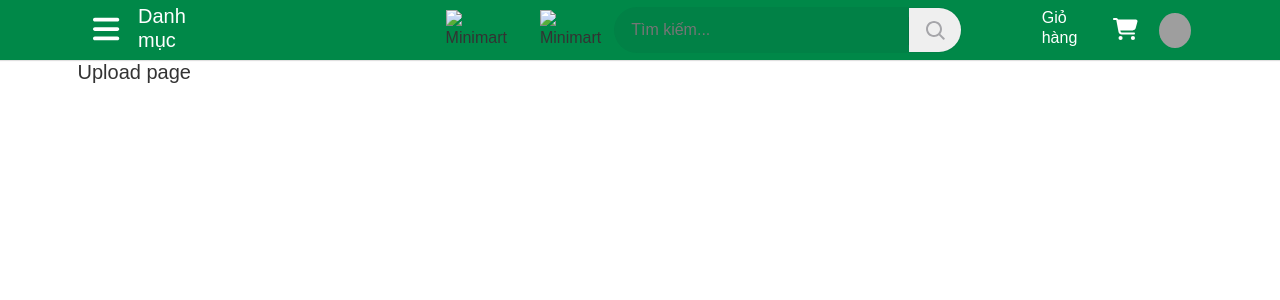
Repository: Duytan05/tiktok-ui
Page: /upload
An editor plug-in stored every save of this project. The page is shown before and after the next save, followed by the edit.
The browser window is 1280 px wide. The pictures show the whole page.
Pictures or frames that could not be fetched are drawn as grey boxes. Some web fonts or font styles are not loaded; a fallback is used. The project was rebuilt for these pictures with package versions that can differ from the ones it lists, and the page was loaded fresh each time. Also part of the build but not shown: src/component/Button/Button.module.scss, src/component/Popper/Popper.module.scss, src/component/Popper/Menu/Menu.module.scss, src/component/Popper/Menu/Header.js, src/component/AccountItem/AccountItem.module.scss, src/component/AccountItem/index.js, src/component/Layout/components/Cart/CartItem.js, src/component/Layout/components/Container/Container.module.scss and 16 more.

Above is the page before, as saved 2023-05-23 14:17:05.

### public/index.html
<!DOCTYPE html>

<html lang="en">
    <head>
        <link rel="stylesheet" href="https://cdn.jsdelivr.net/npm/bootstrap@5.3.0-alpha1/dist/css/bootstrap.min.css" />
        <meta charset="utf-8" />
        <link rel="icon" href="%PUBLIC_URL%/favicon.ico" />
        <meta name="viewport" content="width=device-width, initial-scale=1" />
        <meta name="theme-color" content="#000000" />
        <meta name="description" content="Web site created using create-react-app" />
        <link rel="apple-touch-icon" href="%PUBLIC_URL%/logo192.png" />

        <!--
      manifest.json provides metadata used when your web app is installed on a
      user's mobile device or desktop. See https://developers.google.com/web/fundamentals/web-app-manifest/
    -->
        <link rel="manifest" href="%PUBLIC_URL%/manifest.json" />

        <!--
      Notice the use of %PUBLIC_URL% in the tags above.
      It will be replaced with the URL of the `public` folder during the build.
      Only files inside the `public` folder can be referenced from the HTML.

      Unlike "/favicon.ico" or "favicon.ico", "%PUBLIC_URL%/favicon.ico" will
      work correctly both with client-side routing and a non-root public URL.
      Learn how to configure a non-root public URL by running `npm run build`.
    -->
        <title>React App</title>
    </head>

    <body>
        <script
            src="https://cdn.jsdelivr.net/npm/bootstrap@5.3.0-alpha1/dist/js/bootstrap.bundle.min.js"
            integrity="sha384-w76AqPfDkMBDXo30jS1Sgez6pr3x5MlQ1ZAGC+nuZB+EYdgRZgiwxhTBTkF7CXvN"
            crossorigin="anonymous"
        ></script>
        <noscript>You need to enable JavaScript to run this app.</noscript>
        <div id="root"></div>
        <!--
      This HTML file is a template.
      If you open it directly in the browser, you will see an empty page.

      You can add webfonts, meta tags, or analytics to this file.
      The build step will place the bundled scripts into the <body> tag.

      To begin the development, run `npm start` or `yarn start`.
      To create a production bundle, use `npm run build` or `yarn build`.
    --></body>
</html>

### src/index.js
import React from 'react';

import ReactDOM from 'react-dom/client';
import App from '~/App';
import reportWebVitals from './reportWebVitals';
import GlobalStyle from '~/component/GlobalStyles';
const root = ReactDOM.createRoot(document.getElementById('root'));
root.render(
    <React.StrictMode>
        <GlobalStyle>
            <App />
        </GlobalStyle>
    </React.StrictMode>,
);

// If you want to start measuring performance in your app, pass a function
// to log results (for example: reportWebVitals(console.log))
// or send to an analytics endpoint. Learn more: https://bit.ly/CRA-vitals
reportWebVitals();

### src/App.js
import { Fragment } from 'react';
import { BrowserRouter as Router, Routes, Route } from 'react-router-dom';
import { publicRoutes } from '~/routers';
import { DefaultLayout } from './component/Layout';
import '../node_modules/bootstrap/dist/css/bootstrap.min.css';
import { CartProvider } from 'react-use-cart';
function App() {
    return (
        <CartProvider>
            <Router>
                <div className="App">
                    <Routes>
                        {publicRoutes.map((route, index) => {
                            const Page = route.component;
                            let Layout = DefaultLayout;
                            if (route.layout) {
                                Layout = route.layout;
                            } else if (route.layout === null) {
                                Layout = Fragment;
                            }
                            return (
                                <Route
                                    key={index}
                                    path={route.path}
                                    element={
                                        <Layout>
                                            <Page />
                                        </Layout>
                                    }
                                />
                            );
                        })}
                    </Routes>
                </div>
            </Router>
        </CartProvider>
    );
}
export default App;

### src/component/GlobalStyles/index.js
import './GlobalStyles.scss';
function GlobalStyle({ children }) {
    return children;
}
export default GlobalStyle;

### src/routers/index.js
//layouts
import { HeaderOnly } from '~/component/Layout';

//pages
import Home from '~/pages/Home';
import Following from '~/pages/Following';
import Profile from '~/pages/Profile';
import Upload from '~/pages/Upload';
import Search from '~/pages/Search';
import Cart from '~/pages/Cart/Cart';

//Public routes
const publicRoutes = [
    { path: '/', component: Home },
    { path: '/folowing', component: Following },
    { path: '/@:nickname', component: Profile },
    { path: '/cart', component: Cart },
    { path: '/upload', component: Upload, layout: HeaderOnly },
    { path: '/search', component: Search, layout: null },
];

const priviteRoutes = [];

export { priviteRoutes, publicRoutes };

### src/component/GlobalStyles/GlobalStyles.scss
@import 'normalize.css';

:root {
    --primary: #fe2c55;
    --black: #000;
    --text-color: #333;
    --white: #fff;
    //Default layout
    --default-layout-header-height: 60px;
    --default-layout-width: 1150px;
    --default-layout-horizontal-spacer: 24px;
}
* {
    margin: 0;
    padding: 0;
    box-sizing: border-box;
}
html {
    font-size: 62.5%;
}
body {
    font-family: 'ProximaNova', sans-serif;
    font-size: 1.6rem;
    line-height: 1.5;
    text-rendering: optimizeSpeed;
    color: var(--text-color);
}
button,
input,
[tabindex] {
    outline: none;
    border: none;
}
a[href] {
    color: var(--text-color);
    text-decoration: none;
}
//Fonst embeded
@font-face {
    font-family: ProximaNova;
    src: url('/assets/fonts/Proxima-Nova-Regular.woff2');
    font-weight: 400;
}
@font-face {
    font-family: ProximaNova;
    src: url('/assets/fonts/Proxima-Nova-Semibold.woff2');
    font-weight: 600;
}
@font-face {
    font-family: ProximaNova;
    src: url('/assets/fonts/Proxima-Nova-Bold.woff');
    font-weight: 700;
}
@font-face {
    font-family: SofiaPro;
    src: url('/assets/fonts/sofiapro-bold.woff2');
    font-weight: 700;
}

//custom tippy tooltip
body {
    .tippy-box {
        border-radius: 8px;
        font-weight: 600;
        font-size: 1.6rem;
        line-height: 2.2rem;
        background-color: rgba(84, 84, 84, 0.92);
    }
    .tippy-content {
        padding: 8px 9px;
    }
    .tippy-arrow {
        color: rgba(84, 84, 84, 0.92);
    }
    .tippy-box[data-placement^='bottom'] > .tippy-arrow:before {
        top: -8px;
    }
}

### src/pages/Upload/index.js
function Upload() {
    return <h2>Upload page </h2>;
}
export default Upload;

### src/component/Layout/HeaderOnly/index.js
import Header from '~/component/Layout/components/Header';

function HeaderOnly({ children }) {
    return (
        <div>
            <Header />
            <div className="container">
                <div className="content">{children}</div>
            </div>
        </div>
    );
}

export default HeaderOnly;

### src/component/Button/index.js
import classNames from 'classnames/bind';
import { Link } from 'react-router-dom';
import styles from './Button.module.scss';

const cx = classNames.bind(styles);

function Button({
    to,
    href,
    primary = false,
    outline = false,
    text = false,
    disabled,
    rounded = false,
    small = false,
    large = false,
    children,
    className,
    leftIcon,
    rightIcon,
    onClick,
    ...passProps
}) {
    let Comp = 'button';

    const props = {
        onClick,
        ...passProps,
    };
    //remove event listener when btn is disabled
    if (disabled) {
        Object.keys(props).forEach((key) => {
            if (key.startsWith('on') && typeof props[key] === 'function') {
                delete props[key];
            }
        });
    }
    if (to) {
        props.to = to;
        Comp = Link;
    } else if (href) {
        props.href = href;
        Comp = 'a';
    }
    const classes = cx('wrapper', {
        [className]: className,
        primary,
        outline,
        text,
        rounded,
        small,
        disabled,
        large,
    });
    return (
        <Comp className={classes} {...props}>
            {leftIcon && <span className={cx('icon')}>{leftIcon}</span>}
            <span className={cx('title')}>{children}</span>
            {rightIcon && <span className={cx('icon')}>{rightIcon}</span>}
        </Comp>
    );
}

export default Button;

### src/component/Layout/components/Header/Header.module.scss
.wrapper {
    --search-border-radius: 92px;
    --search-height: 46px;
    --search-top-spacer: 9px;
    --search-buttom-width: 52px;
    width: 100%;
    height: var(--default-layout-header-height, 60px);
    box-shadow: 0px 1px 1px rgb(0 0 0/ 12%);
    display: flex;
    justify-content: center;
    background-color: #008848;
}

.inner {
    height: 100%;
    width: var(--default-layout-width);
    padding: 0 var(--default-layout-horizontal-spacer);
    display: flex;
    align-items: center;
    justify-content: space-between;
}

.custom-login {
    color: red;
}
//actions
.actions {
    display: flex;
    align-items: center;
}
.more-btn {
    font-size: 2rem;
    margin-left: 28px;
    padding: 4px 8px;
    background-color: transparent;
    cursor: pointer;
}
.action-btn {
    font-size: 2.2rem;
    color: white;
    background-color: transparent;
    padding: 4px 12px;
    cursor: pointer;
}
.user-avatar {
    width: 35px;
    height: 35px;
    object-fit: cover;
    border-radius: 50%;
    margin-left: 10px;
    cursor: pointer;
}
.category {
    width: 45px;
    height: 45px;
    font-size: 30px;
    align-items: center;
    color: white;
    margin-left: 4px;
    cursor: pointer;
}
.font {
    margin-right: 40px;
    font-size: 16px;
    color: white;
}
.logo {
    margin-left: 180px;
    // margin-right: 60px;
}
.map {
    margin-left: 20px;
}
.cart {
    font-size: 16px;
    color: white;
    background-color: transparent;
    margin-left: 80px;
}

### src/assets/images/index.js
const images = {
    logo: require('~/assets/images/logo.webp').default,
    noImage: require('~/assets/images/no-image.png'),
};

export default images;

### src/component/Popper/Menu/index.js
import classNames from 'classnames/bind';
import Tippy from '@tippyjs/react/headless';

import { Wrapper as PopperWrapper } from '~/component/Popper';
import styles from './Menu.module.scss';
// import Header from './Header';
import MenuItem from './MenuItem';
import { useState } from 'react';
import Header from './Header';

const cx = classNames.bind(styles);

const defaultfn = () => {};

function Menu({ children, items = [], onChange = defaultfn }) {
    const [history, setHistory] = useState([{ data: items }]);
    const current = history[history.length - 1];

    const renderItems = () => {
        return current.data.map((item, index) => {
            const isParent = !!item.children;
            return (
                <MenuItem
                    key={index}
                    data={item}
                    onClick={() => {
                        if (isParent) {
                            setHistory((prev) => [...prev, item.children]);
                        } else {
                            onChange(item);
                        }
                    }}
                />
            );
        });
    };
    return (
        <Tippy
            interactive
            placement="bottom-start"
            delay={[0, 5000]}
            offset={[0, 0]}
            render={(attrs) => (
                <div className={cx('menu-list')} tabIndex="-1" {...attrs}>
                    <PopperWrapper className={cx('menu-popper')}>
                        {history.length > 1 && (
                            <Header
                                title="Types"
                                onBack={() => {
                                    setHistory((prev) => prev.slice(0, prev.length - 1));
                                }}
                            />
                        )}

                        {renderItems()}
                    </PopperWrapper>
                </div>
            )}
            // set lại giá trị như ban đầu
            onHide={() => setHistory((prev) => prev.slice(0, 1))}
        >
            {children}
        </Tippy>
    );
}

export default Menu;

### src/component/icons/index.js
export const MessengerIcon = (className, width = '2.8rem', height = '2.8rem') => (
    <svg
        class={className}
        width={width}
        data-e2e=""
        height={height}
        viewBox="0 0 48 48"
        fill="currentColor"
        xmlns="http://www.w3.org/2000/svg"
    >
        <path
            fill-rule="evenodd"
            clip-rule="evenodd"
            d="M2.17877 7.17357C2.50304 6.45894 3.21528 6 4.00003 6H44C44.713 6 45.372 6.37952 45.7299 6.99615C46.0877 7.61278 46.0902 8.37327 45.7365 8.99228L25.7365 43.9923C25.3423 44.6821 24.5772 45.0732 23.7872 44.9886C22.9972 44.9041 22.3321 44.3599 22.0929 43.6023L16.219 25.0017L2.49488 9.31701C1.97811 8.72642 1.85449 7.88819 2.17877 7.17357ZM20.377 24.8856L24.531 38.0397L40.5537 10H8.40757L18.3918 21.4106L30.1002 14.2054C30.5705 13.9159 31.1865 14.0626 31.4759 14.533L32.5241 16.2363C32.8136 16.7066 32.6669 17.3226 32.1966 17.612L20.377 24.8856Z"
        ></path>
    </svg>
);

export const InboxIcon = (className, width = '3.2rem', height = '3.2rem') => (
    <svg
        class={className}
        width={width}
        data-e2e=""
        height={height}
        viewBox="0 0 32 32"
        fill="currentColor"
        xmlns="http://www.w3.org/2000/svg"
    >
        <path
            fill-rule="evenodd"
            clip-rule="evenodd"
            d="M24.0362 21.3333H18.5243L15.9983 24.4208L13.4721 21.3333H7.96047L7.99557 8H24.0009L24.0362 21.3333ZM24.3705 23.3333H19.4721L17.2883 26.0026C16.6215 26.8176 15.3753 26.8176 14.7084 26.0026L12.5243 23.3333H7.62626C6.70407 23.3333 5.95717 22.5845 5.9596 21.6623L5.99646 7.66228C5.99887 6.74352 6.74435 6 7.66312 6H24.3333C25.2521 6 25.9975 6.7435 26 7.66224L26.0371 21.6622C26.0396 22.5844 25.2927 23.3333 24.3705 23.3333ZM12.6647 14C12.2965 14 11.998 14.2985 11.998 14.6667V15.3333C11.998 15.7015 12.2965 16 12.6647 16H19.3313C19.6995 16 19.998 15.7015 19.998 15.3333V14.6667C19.998 14.2985 19.6995 14 19.3313 14H12.6647Z"
        ></path>
    </svg>
);
export const SearchIcon = (className, width = '2.4rem', height = '2.4rem') => (
    <svg
        className={className}
        width={width}
        data-e2e=""
        height={height}
        viewBox="0 0 48 48"
        fill="currentColor"
        xmlns="http://www.w3.org/2000/svg"
    >
        <path
            fill-rule="evenodd"
            clip-rule="evenodd"
            d="M22 10C15.3726 10 10 15.3726 10 22C10 28.6274 15.3726 34 22 34C28.6274 34 34 28.6274 34 22C34 15.3726 28.6274 10 22 10ZM6 22C6 13.1634 13.1634 6 22 6C30.8366 6 38 13.1634 38 22C38 25.6974 36.7458 29.1019 34.6397 31.8113L43.3809 40.5565C43.7712 40.947 43.7712 41.5801 43.3807 41.9705L41.9665 43.3847C41.5759 43.7753 40.9426 43.7752 40.5521 43.3846L31.8113 34.6397C29.1019 36.7458 25.6974 38 22 38C13.1634 38 6 30.8366 6 22Z"
        ></path>
    </svg>
);

### src/component/Images/index.js
import classNames from 'classnames';
import { forwardRef, useState } from 'react';
import images from '~/assets/images';
import Styles from './Image.module.scss';
const Image = forwardRef(({ src, alt, className, fallback: customFallback = images.noImage, ...props }, ref) => {
    const [fallback, setFallback] = useState('');

    const handleError = () => {
        setFallback(images.noImage);
    };
    return (
        <img
            className={classNames(Styles.wrapper, className)}
            ref={ref}
            src={fallback || src}
            alt={alt}
            {...props}
            onError={handleError}
        />
    );
});

export default Image;

### src/component/Layout/components/Search/index.js
import { useEffect, useRef, useState } from 'react';

import HeadlessTippy from '@tippyjs/react/headless';
import { FontAwesomeIcon } from '@fortawesome/react-fontawesome';
import { faCircleXmark, faSpinner } from '@fortawesome/free-solid-svg-icons';
import classNames from 'classnames/bind';

import * as request from '~/utills/request';
import { Wrapper as PopperWrapper } from '~/component/Popper';
import { SearchIcon } from '~/component/icons';
import AccountItem from '~/component/AccountItem';
import { useDebounce } from '~/hooks';
import styles from './Search.module.scss';
const cx = classNames.bind(styles);
function Search() {
    const [searchValue, setSearchValue] = useState('');
    const [searchResult, setSearchResult] = useState([]);
    const [showResult, setShowResult] = useState(true);
    const [loading, setLoading] = useState(false);
    const inputRef = useRef();

    const debounced = useDebounce(searchValue, 500);
    useEffect(() => {
        if (!debounced.trim()) {
            setSearchResult([]);
            return;
        }
        setLoading(true);

        const fetchApi = async () => {};
        fetchApi();
        request
            .get(`users/search`, {
                params: {
                    q: debounced,
                    type: 'less',
                },
            })
            // .then((res) => res.json())
            .then((res) => {
                setSearchResult(res.data.data);
                setLoading(false);
            })
            .catch(() => {
                setLoading(false);
            });
    }, [debounced]);
    const handleClear = () => {
        setSearchValue('');
        setSearchResult([]);
        inputRef.current.focus();
    };
    const handleResult = () => {
        setShowResult(false);
    };
    return (
        <HeadlessTippy
            interactive
            // kết quả tìm kiếm lớn hơn 0 mới hiện kết quả
            visible={showResult && searchResult.length > 0}
            render={(attrs) => (
                <div className={cx('search-result')} tabIndex="-1" {...attrs}>
                    <PopperWrapper>
                        <h4 className={cx('search-title')}>Account</h4>
                        {searchResult.map((result) => (
                            <AccountItem key={result.id} data={result} />
                        ))}
                    </PopperWrapper>
                </div>
            )}
            onClickOutside={handleResult}
        >
            <div className={cx('search')}>
                <input
                    ref={inputRef}
                    value={searchValue}
                    placeholder="Tìm kiếm..."
                    spellCheck={false}
                    onChange={(e) => setSearchValue(e.target.value)}
                    onFocus={() => setShowResult(true)}
                />
                {!!searchValue && !loading && (
                    <button className={cx('clear')} onClick={handleClear}>
                        <FontAwesomeIcon icon={faCircleXmark} />
                    </button>
                )}
                {loading && <FontAwesomeIcon className={cx('loading')} icon={faSpinner} />}

                <button className={cx('search-btn')}>
                    <SearchIcon />
                </button>
            </div>
        </HeadlessTippy>
    );
}

export default Search;

### src/component/Popper/Menu/MenuItem.js
import classNames from 'classnames/bind';
import Button from '~/component/Button';
import styles from './Menu.module.scss';

const cx = classNames.bind(styles);

function MenuItem({ data, onClick }) {
    const classes = cx('menu-item', {
        separate: data.separate,
    });
    return (
        <Button className={classes} leftIcon={data.icon} to={data.to} onClick={onClick}>
            {' '}
            {data.title}
        </Button>
    );
}
export default MenuItem;

### src/utills/request.js
import axios from 'axios';

const request = axios.create({
    baseURL: 'https://tiktok.fullstack.edu.vn/api/',
});

export const get = async (path, options = {}) => {
    const response = await request.get();
    return response.data;
};
export default request;

### src/component/Layout/components/Search/Search.module.scss
.search,
.search-result {
    width: 361px;
}
.search {
    position: relative;
    height: var(--search-height);
    padding-left: 16px;
    display: flex;
    background-color: rgb(22, 25, 35, 0.06);
    // cho hình nó cong , tròn lại xíu hhaa
    border-radius: var(--search-border-radius);
    border: 1.5px solid transparent;

    input {
        flex: 1;
        height: 100%;
        color: var(--black);
        font-size: 1.6rem;
        // màu con nháy chuột
        caret-color: var(--primary);
        background-color: transparent;
    }
    input:not(:placeholder-shown) ~ .search-btn {
        color: rgba(22, 24, 35, 0.75);
    }
    &::after {
        content: '';
        position: absolute;
        top: var(--search-top-spacer);
        right: var(--search-buttom-width);
        height: calc(var(--search-height) - var(--search-top-spacer) * 2);
        width: 1px;
        background-color: rgba(22, 24, 35, 0.12);
    }
    &:focus-within {
        border-color: rgba(22, 24, 35, 0.2);
    }
}
.search-title {
    padding: 5px 12px;
    font-size: 1.4rem;
    font-weight: 600;
    color: rgba(22, 24, 35, 0.5);
}
.clear,
.loading {
    position: absolute;
    //căn giữa
    right: calc(var(--search-buttom-width) + 16px);
    top: 50%;
    transform: translateY(-50%);
    color: rgba(22, 24, 35, 0.34);
}
.loading {
    animation: spinner 2s linear infinite;
}

@keyframes spinner {
    from {
        transform: translateY(-50%) rotate(0);
    }
    to {
        transform: translateY(-50%) rotate(360deg);
    }
}
.search-btn {
    width: var(--search-buttom-width);
    height: 100%;
    border-top-right-radius: var(--search-border-radius);
    border-bottom-right-radius: var(--search-border-radius);
    font-size: 1.8rem;
    color: rgba(22, 24, 35, 0.34);
    &:hover {
        cursor: pointer;
        background-color: rgba(22, 24, 35, 0.03);
    }
    &:active {
        background-color: rgba(22, 24, 35, 0.06);
    }
}

### src/component/Popper/Wrapper.js
import classNames from 'classnames/bind';
import styles from './Popper.module.scss';

const cx = classNames.bind(styles);
function Wrapper({ children, className }) {
    return <div className={cx('wrapper', className)}>{children}</div>;
}

export default Wrapper;

### src/hooks/useDebounce.js
import { useState, useEffect } from 'react';

function useDebounce(value, delay) {
    const [debounceValue, setDebounceValue] = useState(value);

    useEffect(() => {
        const handler = setTimeout(() => setDebounceValue(value), delay);

        return () => clearTimeout(handler);
    }, [value]);

    return debounceValue;
}
export default useDebounce;

Loaded but not shown: src/reportWebVitals.js (common file); src/component/Layout/index.js (common file); src/component/Popper/index.js (common file); src/component/Images/Image.module.scss (common file); src/hooks/index.js (common file); src/component/Layout/components/Header/index.js (261 lines, source omitted); src/component/Layout/components/Itemcart/itemcart.module.scss (no stored copy; drawn as an empty file)

After the next save:
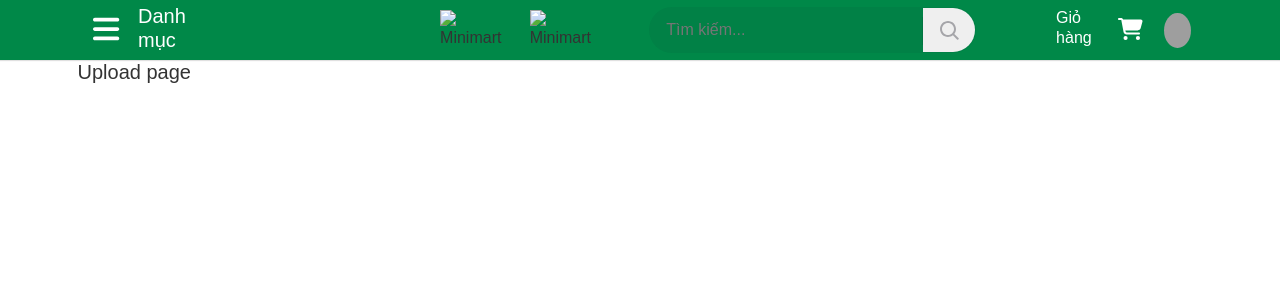
Saved 18 s later.
--- a/src/component/Layout/components/Header/Header.module.scss
+++ b/src/component/Layout/components/Header/Header.module.scss
@@ -70,6 +70,7 @@
 }
 .map {
     margin-left: 20px;
+    margin-right: 50px;
 }
 .cart {
     font-size: 16px;
